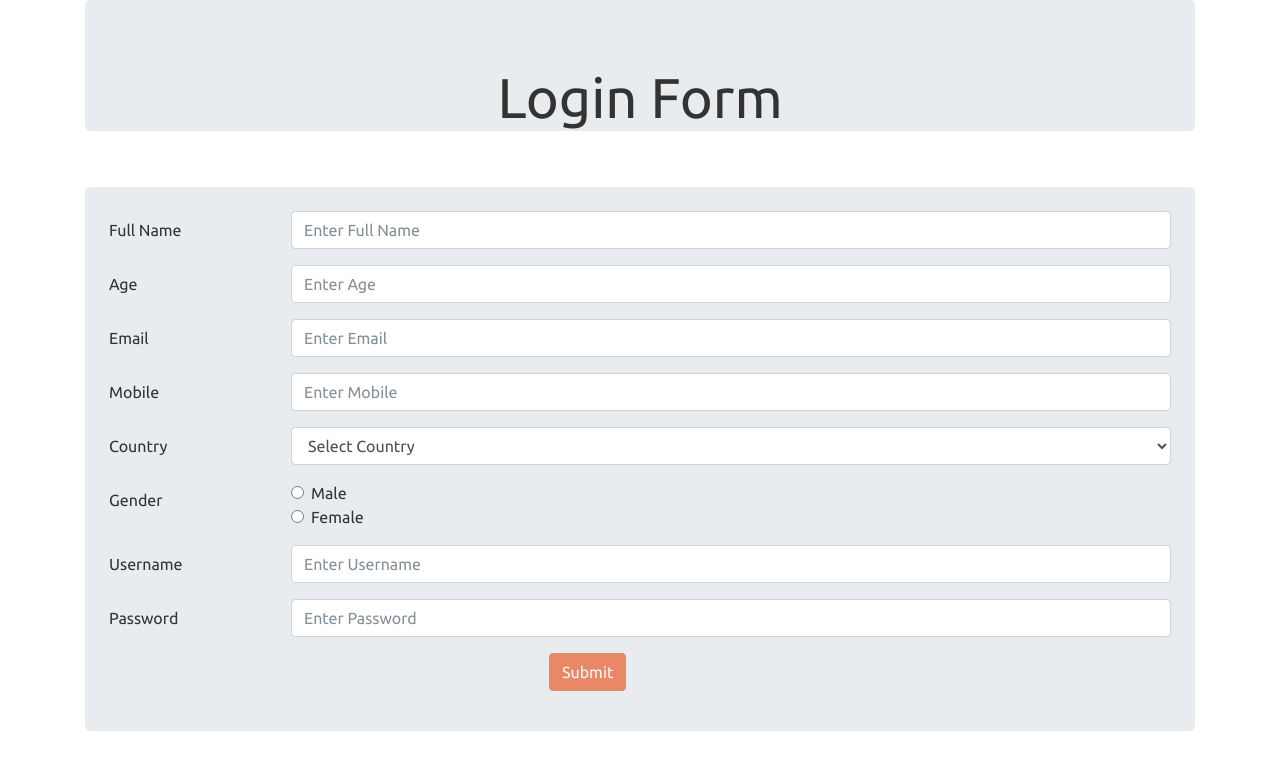
Repository: amar468S/Ng-templateDrivenForm
Page: /
An editor plug-in stored every save of this project. The page is shown before and after the next save, followed by the edit.
The browser window is 1280 px wide. The pictures show the whole page.
Some web libraries are served in a nearby version. The project was rebuilt for these pictures with package versions that can differ from the ones it lists, and the page was loaded fresh each time. Also part of the build but not shown: angular.json.

Above is the page before, as saved 2019-02-03 21:39:12.

### src/index.html
<!doctype html>
<html lang="en">
<head>
  <meta charset="utf-8">
  <title>NgTemplateForms</title>
  <base href="/">

  <meta name="viewport" content="width=device-width, initial-scale=1">
  <link rel="icon" type="image/x-icon" href="favicon.ico">
  <!-- CSS -->
  <link rel="stylesheet" href="https://stackpath.bootstrapcdn.com/bootstrap/4.2.1/css/bootstrap.min.css" integrity="sha384-GJzZqFGwb1QTTN6wy59ffF1BuGJpLSa9DkKMp0DgiMDm4iYMj70gZWKYbI706tWS" crossorigin="anonymous">
  <link rel="stylesheet" href="https://bootswatch.com/4/united/bootstrap.min.css">
  <!-- JS -->
  <script src="https://code.jquery.com/jquery-3.3.1.slim.min.js" integrity="sha384-q8i/X+965DzO0rT7abK41JStQIAqVgRVzpbzo5smXKp4YfRvH+8abtTE1Pi6jizo" crossorigin="anonymous"></script>
  <script src="https://cdnjs.cloudflare.com/ajax/libs/popper.js/1.14.6/umd/popper.min.js" integrity="sha384-wHAiFfRlMFy6i5SRaxvfOCifBUQy1xHdJ/yoi7FRNXMRBu5WHdZYu1hA6ZOblgut" crossorigin="anonymous"></script>
  <script src="https://stackpath.bootstrapcdn.com/bootstrap/4.2.1/js/bootstrap.min.js" integrity="sha384-B0UglyR+jN6CkvvICOB2joaf5I4l3gm9GU6Hc1og6Ls7i6U/mkkaduKaBhlAXv9k" crossorigin="anonymous"></script>

</head>
<body>
  <app-root></app-root>
</body>
</html>

### src/app/app.component.ts
import { Component } from '@angular/core';
import { UserForm } from './UserForm';

@Component({
  selector: 'app-root',
  templateUrl: './app.component.html',
  styleUrls: ['./app.component.css']
})
export class AppComponent {

    userForm:UserForm

    constructor(){
      this.userForm = new UserForm();
    }

    login(userForm) {
      console.log(userForm.form.value);
    }
}

### src/app/app.component.html
<div class="container">
    <div class="jumbotron pb-0">
      <p class="display-4 text-center mb-0">Login Form</p>
    </div>
    <br>
  <div class="jumbotron p-4">
  <form #usrForm="ngForm" (ngSubmit)="login(usrForm)">
      <div class="form-group row">
          <label class="col-sm-2 col-form-label">Full Name</label>
          <div class="col-sm-10">
            <input type="text" class="form-control" placeholder="Enter Full Name"
            name="fullname" [(ngModel)]="userForm.fullName" #fullName="ngModel" required>
            <small class="form-text text-danger" *ngIf="fullName.dirty && fullName.invalid">This field can't be empty</small>
          </div>
      </div>
      <div class="form-group row">
          <label class="col-sm-2 col-form-label">Age</label>
          <div class="col-sm-10">
            <input type="number" class="form-control" placeholder="Enter Age"
            name="age" [(ngModel)]="userForm.age" #age="ngModel" required>
            <small class="form-text text-danger" *ngIf="age.dirty && age.invalid">This field can't be empty</small>
          </div>
      </div>
       <div class="form-group row">
          <label class="col-sm-2 col-form-label">Email</label>
          <div class="col-sm-10">
            <input type="email" class="form-control" placeholder="Enter Email"
            name="email" [(ngModel)]="userForm.email" #email="ngModel" required>
            <small class="form-text text-danger" *ngIf="email.dirty && email.invalid">This field can't be empty</small>
          </div>
      </div>
      <div class="form-group row">
          <label class="col-sm-2 col-form-label">Mobile</label>
          <div class="col-sm-10">
            <input type="text" class="form-control" placeholder="Enter Mobile"
            name="mobile" [(ngModel)]="userForm.mobile" #mobile="ngModel" required minlength="10">
            <div *ngIf="mobile.dirty && mobile.invalid">
              <small class="form-text text-danger" *ngIf="mobile.errors.required">This field can't be empty</small>
              <small class="form-text text-danger" *ngIf="mobile.errors.minlength">This field must contain minimum 10 characters</small>
            </div>
          </div>
      </div>
      <div class="form-group row">
          <label class="col-sm-2 col-form-label">Country</label>
          <div class="col-sm-10">
            <select class="form-control" name="country" [(ngModel)]="userForm.country" #country="ngModel" required>
              <option value="">Select Country</option>
              <option value="India">India</option>
              <option value="Sri Lanka">Sri Lanka</option>
              <option value="Bangladesh">Bangladesh</option>
              <option value="Nepal">Nepal</option>
            </select>
            <small class="form-text text-danger" *ngIf="country.dirty && country.invalid">This field can't be empty</small>
          </div>
      </div>
      <div class="form-group row">
          <label class="col-sm-2 col-form-label">Gender</label>
          <div class="col-sm-10">
            <div class="form-check">
              <input class="form-check-input" type="radio" name="gender">
              <label class="form-check-label">Male</label>
            </div>
            <div class="form-check">
                <input class="form-check-input" type="radio" name="gender">
                <label class="form-check-label">Female</label>
            </div>
          </div>
      </div>
      <div class="form-group row">
          <label class="col-sm-2 col-form-label">Username</label>
          <div class="col-sm-10">
            <input type="text" class="form-control" placeholder="Enter Username"
            name="username" [(ngModel)]="userForm.username" #username="ngModel" required>
            <small class="form-text text-danger" *ngIf="username.dirty && username.invalid">This field can't be empty</small>
          </div>
      </div>
      <div class="form-group row">
          <label class="col-sm-2 col-form-label">Password</label>
          <div class="col-sm-10">
            <input type="password" class="form-control" placeholder="Enter Password"
            name="password" [(ngModel)]="userForm.password" #password="ngModel">
            <small class="form-text text-danger" *ngIf="password.dirty && password.invalid">This field can't be empty</small>
          </div>
      </div>
      <div class="form-group row">
          <label class="col-sm-5 col-form-label"></label>
          <div>
            <input type="submit" class="btn btn-primary" [disabled]="usrForm.form.invalid">
          </div>
      </div>
  </form>
  </div>

</div>

### src/app/UserForm.ts
export class UserForm {
    fullName:string;
    age:string;
    email:string;
    mobile:string;
    country:string;
    gender:string;
    username:string;
    password:string;


    constructor(){
        this.fullName = '';
        this.age = '';
        this.country = '';
        this.email = '';
        this.mobile = '';
        this.username = '';
        this.password = '';
        this.gender = '';
    }
}

Loaded but not shown: src/styles.css (common file); src/main.ts (common file); src/app/app.module.ts (common file); src/environments/environment.ts (common file); src/app/app.component.css (no stored copy; drawn as an empty file)

After the next save:
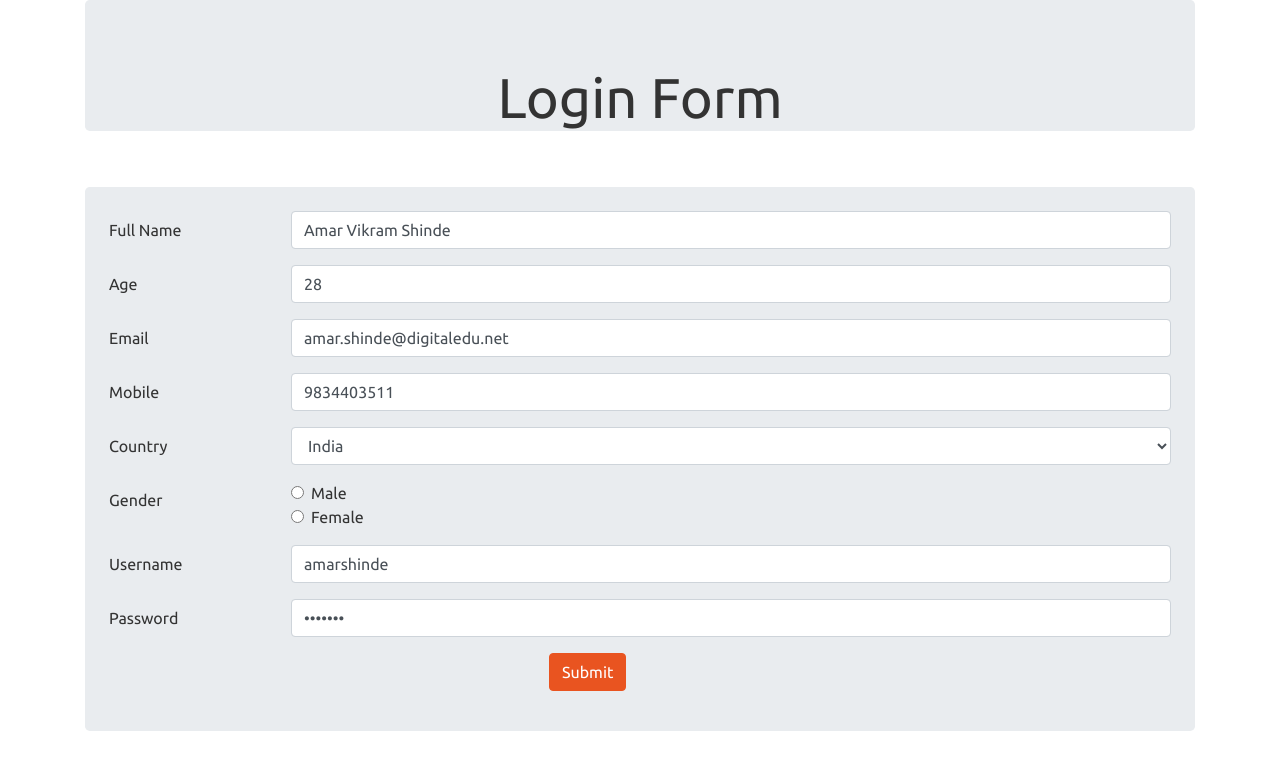
Saved 2 min 8 s later.
--- a/src/app/UserForm.ts
+++ b/src/app/UserForm.ts
@@ -10,13 +10,13 @@ export class UserForm {
 
 
     constructor(){
-        this.fullName = '';
-        this.age = '';
-        this.country = '';
-        this.email = '';
-        this.mobile = '';
-        this.username = '';
-        this.password = '';
-        this.gender = '';
+        this.fullName = 'Amar Vikram Shinde';
+        this.age = '28';
+        this.country = 'India';
+        this.email = 'amar.shinde@digitaledu.net';
+        this.mobile = '9834403511';
+        this.username = 'amarshinde';
+        this.password = 'amar123';
+        this.gender = 'Male';
     }
 }
